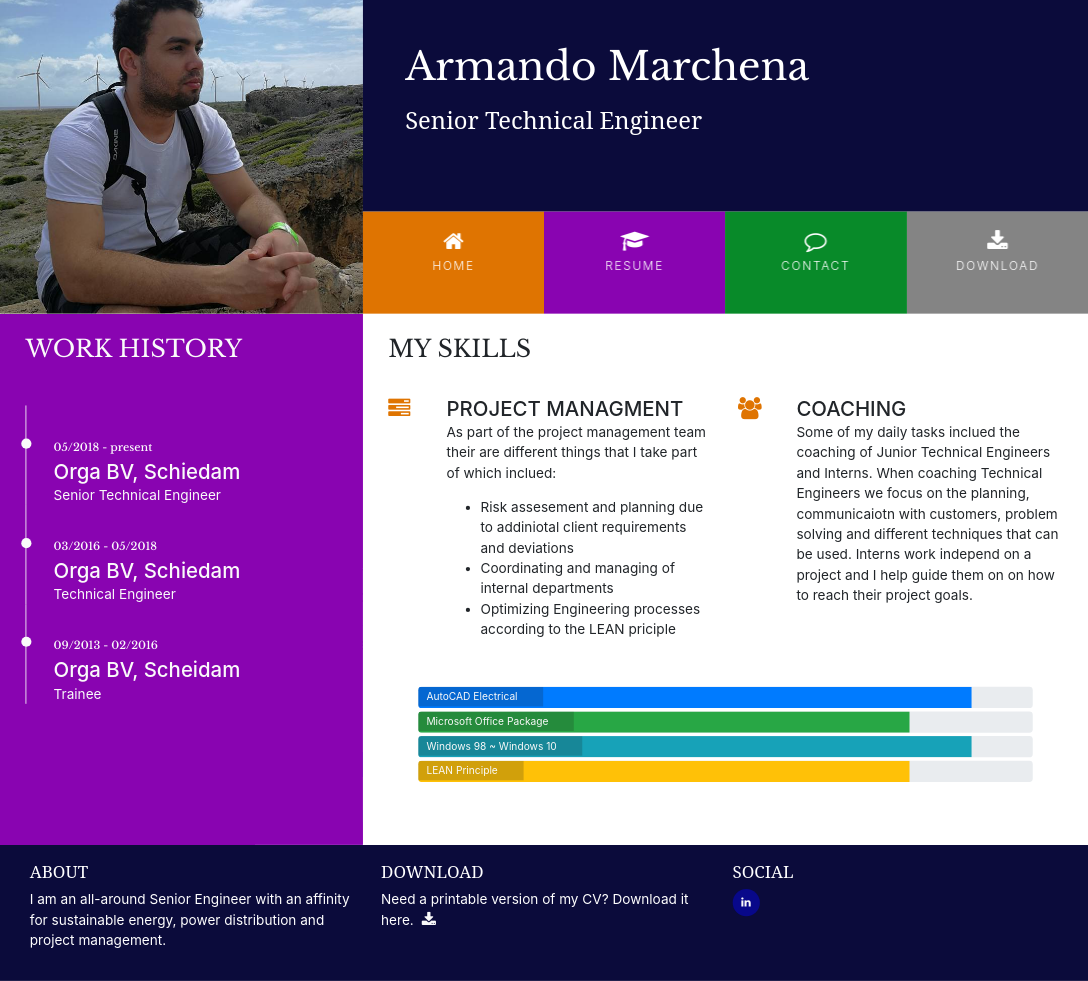
Repository: dugudugu/Resume-A-Marchena
Page: resume.html
The author's editor kept a record of every edit. The page is drawn from the files as they stood at one moment, then again after the next edit.
The browser window is 1280 px wide. The pictures show the whole page, at 85% of full size.

Above is the page before.

### resume.html
<!DOCTYPE html>
<html lang="en">

<head>
    <meta charset="UTF-8">
    <meta name="viewport" content="width=device-width, initial-scale=1.0">
    <meta http-equiv="X-UA-Compatible" content="ie=edge">
    <link rel="stylesheet" href="https://stackpath.bootstrapcdn.com/bootstrap/4.3.1/css/bootstrap.min.css" type="text/css" />
    <link rel="stylesheet" href="https://stackpath.bootstrapcdn.com/font-awesome/4.7.0/css/font-awesome.min.css" type="text/css" />
    <link rel="stylesheet" href="https://cdnjs.cloudflare.com/ajax/libs/hover.css/2.3.1/css/hover-min.css" type="text/css" />
    <link rel="stylesheet" href="assets/css/style.css" />
    <title>A. Marchena</title>
</head>

<body>

    <header>
        <div class="row no-gutters">
            <a href="index.html" class="col-md-4 logo"></a>

            <div class="col-md-8">
                <div class="row bg-color-name-title no-gutters">
                    <div class="col heading">
                        <h1 class="name"> Armando Marchena </h1>
                        <h2 class="title"> Senior Technical Engineer </h2>
                    </div>
                </div>

                <div class="row no-gutters">
                    <div class="col">
                        <ul id="nav" class="list-inline menucontainer">
                            <li class="col-6 col-sm-3 ui-menu-color-home list-inline-item menuitem">
                                <a href="#" class="hvr-sweep-to-bottom"><i class="fa fa-home" aria-hidden="true"></i><span>Home</span></a>
                            </li>
                            <li class="col-6 col-sm-3 ui-menu-color-resume list-inline-item menuitem">
                                <a href="#" class="hvr-sweep-to-bottom"><i class="fa fa-graduation-cap" aria-hidden="true"></i><span>Resume</span></a>
                            </li>
                            <li class="col-6 col-sm-3 ui-menu-color-contact list-inline-item menuitem">
                                <a href="#" class="hvr-sweep-to-bottom"><i class="fa fa-comment-o" aria-hidden="true"></i><span>Contact</span></a>
                            </li>
                            <li class="col-6 col-sm-3 ui-menu-color-download list-inline-item menuitem">
                                <a href="#" class="hvr-sweep-to-bottom"><i class="fa fa-download" aria-hidden="true"></i><span>Download</span></a>
                            </li>
                        </ul>
                    </div>
                </div>
            </div>
        </div>
    </header>

    <section class="container-fluid">
        <div class="row">
            <div class="col-md-4 bg-color-work-history section-column">
                <div class="row">

                    <div class="col-12">
                        <h3 class="history-heading uppercase">
                            Work History
                        </h3>
                    </div>
                </div>
                <div class="history-items">
                    <div class="timeline-item" data-dates="05/2018 - present">
                        <h4>Orga BV, Schiedam</h4>
                        <p>Senior Technical Engineer</p>
                    </div>
                    <div class="timeline-item" data-dates="03/2016 - 05/2018">
                        <h4>Orga BV, Schiedam</h4>
                        <p>Technical Engineer</p>
                    </div>
                    <div class="timeline-item" data-dates="09/2013 - 02/2016">
                        <h4>Orga BV, Scheidam</h4>
                        <p>Trainee</p>
                    </div>
                </div>

            </div>
            <div class="col-md-8 bg-color-three-reasons section-column">

                <div class="row">
                    <div class="col">
                        <h3 class="section-heading uppercase">My Skills</h3>
                    </div>
                </div>

                <div class="row">
                    <div class="col-10 offset-1 offset-sm-0 col-sm-4 col-md-6">
                        <div class="row">
                            <div class="col-2">
                                <i class="three-reasons-icon fa fa-tasks" aria-hidden="true"></i>
                            </div>
                            <div class="col-10">
                                <h4 class="three-reasons-heading uppercase">Project Managment</h4>
                                <p>
                                    As part of the project management team their are different things that I take part of which inclued:
                                    <ul>
                                        <li>Risk assesement and planning due to addiniotal client requirements and deviations</li>
                                        <li>Coordinating and managing of internal departments</li>
                                        <li>Optimizing Engineering processes according to the LEAN priciple</li>
                                    </ul>
                                </p>
                            </div>
                        </div>
                    </div>

                    <div class="col-10 offset-1 offset-sm-0 col-sm-4 col-md-6">
                        <div class="row">
                            <div class="col-2">
                                <i class="three-reasons-icon fa fa-users" aria-hidden="true"></i>
                            </div>
                            <div class="col-10">
                                <h4 class="three-reasons-heading uppercase">Coaching</h4>
                                <p>
                                    Some of my daily tasks inclued the coaching of Junior Technical Engineers and Interns. When coaching Technical Engineers we focus on the planning, communicaiotn with customers, problem solving and different techniques that can be used. Interns work independ
                                    on a project and I help guide them on on how to reach their project goals.
                                </p>
                            </div>
                        </div>
                    </div>

                </div>

                <div class="row progress-section">
                    <div class="col">
                        <div class="progress">
                            <div class="progress-bar" role="progressbar" aria-valuenow="90" aria-valuemin="0" aria-valuemax="100" style="width:90%;">
                                <span class="sr-only">90% complete</span>
                            </div>
                            <span class="progress-type">AutoCAD Electrical</span>
                        </div>
                        <div class="progress">
                            <div class="progress-bar bg-success" role="progressbar" aria-valuenow="80" aria-valuemin="0" aria-valuemax="100" style="width:80%;">
                                <span class="sr-only">80% complete</span>
                            </div>
                            <span class="progress-type">Microsoft Office Package</span>
                        </div>
                        <div class="progress">
                            <div class="progress-bar bg-info" role="progressbar" aria-valuenow="90" aria-valuemin="0" aria-valuemax="100" style="width:90%;">
                                <span class="sr-only">90% complete</span>
                            </div>
                            <span class="progress-type">Windows 98 ~ Windows 10</span>
                        </div>
                        <div class="progress">
                            <div class="progress-bar bg-warning" role="progressbar" aria-valuenow="80" aria-valuemin="0" aria-valuemax="100" style="width:80%;">
                                <span class="sr-only">80% complete</span>
                            </div>
                            <span class="progress-type">LEAN Principle</span>
                        </div>
                    </div>
                </div>
            </div>
        </div>



    </section>

    <footer class="container-fluid">
        <div id="footer-details" class="row">
            <div class="col-sm-4">
                <h5 class="uppercase general-sub">About</h5>
                <p class="inline-block">
                    I am an all-around Senior Engineer with an affinity for sustainable energy, power distribution and project management.
                </p>
            </div>
            <div class="col-sm-4">
                <h5 class="uppercase general-sub">Download</h5>
                <p class="inline-block">
                    Need a printable version of my CV? Download it here.
                    <a href="#" target="_blank" class="cv-pdf">
                        <i class="fa fa-download" aria-hidden="true"></i>
                        <span class="sr-only">Download link.</span>
                        </a>
                </p>
            </div>
            <div class="col-sm-4">
                <h5 class="uppercase general-sub">Social</h5>
                <ul class="list-inline social-links">
                    <li class="list-inline-item">
                        <a target="_blank" href="#">
                            <i class="fa fa-linkedin" aria-hidden="true"></i>
                        <span class="sr-only">LinkedIn</span>
                        </a>
                    </li>
                </ul>
            </div>
        </div>
    </footer>


</body>


</html>

### assets/css/style.css
@import url('https://fonts.googleapis.com/css?family=Noto+Serif:100,200,300,400,500,600,700|Libre+Baskerville:100,200,300,400,500,600,700');

/*------------------------------------------Colors */

.bg-color-name-title {
    background-color: #0B0B3B;
}

.bg-color-three-reasons {
    background-color: #fff;
}

.bg-color-personal-info {
    background-color: #f4f4f4;
}

.bg-color-work-history {
    background-color: #8904B1;
}

.ui-menu-color-home {
    background-color: #DF7401;
}

.ui-menu-color-resume {
    background-color: #8904B1;
}

.ui-menu-color-contact {
    background-color: #088A29;
}

.ui-menu-color-download {
    background-color: #848484;
}


/*------------------------------------------Special  */

h1,
h2,
h3,
h4 {
    margin: 0;
}

.uppercase {
    text-transform: uppercase;
}

.general-sub {
    font-family: "Noto Serif", sans-serif;
    font-weight: 300;
    color: #fff;
}

.inline-block {
    display: inline-block;
}

.row-table {
    display: table;
}

.section-column {
    display: table-cell;
    padding: 0 30px 30px;
    float: none;
}

.history-heading,
.section-heading {
    font-family: "Libre Baskerville";
    font-weight: 300;
    margin-top: 25px;
    margin-bottom: 40px;
}

/*------------------------------------------Heading */

header {
    margin: 0;

}

.heading {
    margin-left: 50px;
}

.logo {
    background: url("../images/A. Marchena.jpg");
    background-position: center;
    background-repeat: no-repeat;
    background-size: cover;
    min-height: 360px;
    transition: all .5s ease-in-out;
    -moz-transition: all .5s ease-in-out;
    -webkit-transition: all .5s ease-in-out;
}

.name {
    font-family: "Libre Baskerville", Noto Serif;
    font-weight: 200;
    font-size: 46px;
    margin-top: 50px;
    color: #fff;
}

.title {
    font-family: "Noto Serif", sans-serif;
    font-weight: 100;
    font-size: 28px;
    margin-top: 20px;
    margin-bottom: 90px;
    color: #fff;
}

.list-inline-item:not(:last-child) {
    margin: 0;
}

.menucontainer {
    font-size: 0;
}

#nav {
    margin: 0;
}

#nav li {
    font-size: 14px;
    padding: 0;
}

.menuitem {
    height: 120px;
    text-align: center;
    padding: 0;
}

.menuitem a {
    width: 100%;
    text-decoration: none;
    color: #fff;
    height: 120px;
}

.menuitem a i {
    padding-top: 22px;
    display: block;
    color: #fff;
    font-size: 26px;
}

.menuitem span {
    display: block;
    width: 100%;
    padding-top: 5px;
    text-align: center;
    text-transform: uppercase;
    font-size: 14px;
    font-weight: 300;
    letter-spacing: 2px;
}


/*------------------------------------------Hover.css */

.hvr-sweep-to-bottom:before {
    background-color: rgba(0, 0, 0, 0.2);
    height: 120px;
}


/*------------------------------------------Three reasons.css */

.three-reasons-icon {
    font-size: 26px;
    color: #DF7401;

}

.three-reasons-icon-heading {
    margin-bottom: 15px;
}


/*------------------------------------------Personal Info */

.personal-info-item {
    margin-bottom: 20px;
    display: block;
    clear: both;
}

.personal-info-item .key,
.personal-info-item .value {
    padding-right: 8px;
    display: inline-block;

}

.personal-info-item .key p,
.personal-info-item .value p {
    margin: 0;

}

.personal-info-item .key {
    width: 30%;
    margin-right: 21px;
    padding-top: 2px;
    vertical-align: top;
}

.personal-info-item .key p {
    font-weight: 700;
}

.personal-info-item .value {
    position: relative;
    width: 60%;
}



/*------------------------------------------Footer */

footer {
    background: #0B0B3B;
    color: #fff;
    min-height: 120px;
    margin: 0;
}

.cv-pdf i {
    font-size: 18px;
    color: #fafafa;
    text-align: center;
    padding-left: 5px;
    transition: all 0.35s ease-in-out;
    -moz-transition: all 0.35s ease-in-out;
    -webkit-transition: all 0.35s ease-in-out;
    -o-transition: all 0.35s ease-in-out;
}

.cv-pdf i:hover {
    color: #e84610;
}

.social-links {
    padding-bottom: 15px;
}

.social-links li a i {
    width: 32px;
    height: 32px;
    padding: 12px 0;
    border-radius: 50%;
    font-size: 13px;
    line-height: 7px;
    text-align: center;
    color: #fafafa;
    background-color: #08088A;
    transition: all 0.35s ease-in-out;
    -moz-transition: all 0.35s ease-in-out;
    -webkit-transition: all 0.35s ease-in-out;
    -o-transition: all 0.35s ease-in-out;
}

.social-links li a i:hover {
    background-color: #e84610;
}

#footer-details {
    padding: 20px;
}


/*------------------------------------------Skills */

.progress {
    position: relative;
    height: 25px;
    margin-bottom: 4px;
}

.progress-type {
    position: absolute;
    left: 0px;
    font-weight: 400;
    padding: 3px 30px 2px 10px;
    color: #fafafa;
    background-color: rgba(25, 25, 25, 0.2);
}

.progress-section {
    margin: 40px 20px;
}

/*------------------------------------------Work History */

.history-heading {
    color: #fafafa;
    margin-bottom: 50px;
}

.timeline-item {
    padding: 4em 2em 0em 2em;
    position: relative;
    color: #fafafa;
    border-left: 1px solid;
}

.timeline-item p {
    padding: 0;
    margin: 0;
}

.timeline-item:before {
    content: attr(data-dates);
    position: absolute;
    left: 2.5em;
    top: 3em;
    display: block;
    font-family: "Libre Baskerville", Noto Serif;
    font-weight: 500;
    font-size: 0.8em;
    padding: 0;
    margin: 0;
}

.timeline-item:after {
    width: 12px;
    height: 12px;
    display: block;
    top: 2.4em;
    position: absolute;
    left: -6px;
    border-radius: 12px;
    content: '';
    background: #fafafa;
}

.history-items {
    margin-bottom: 30px;
}

After the next edit:
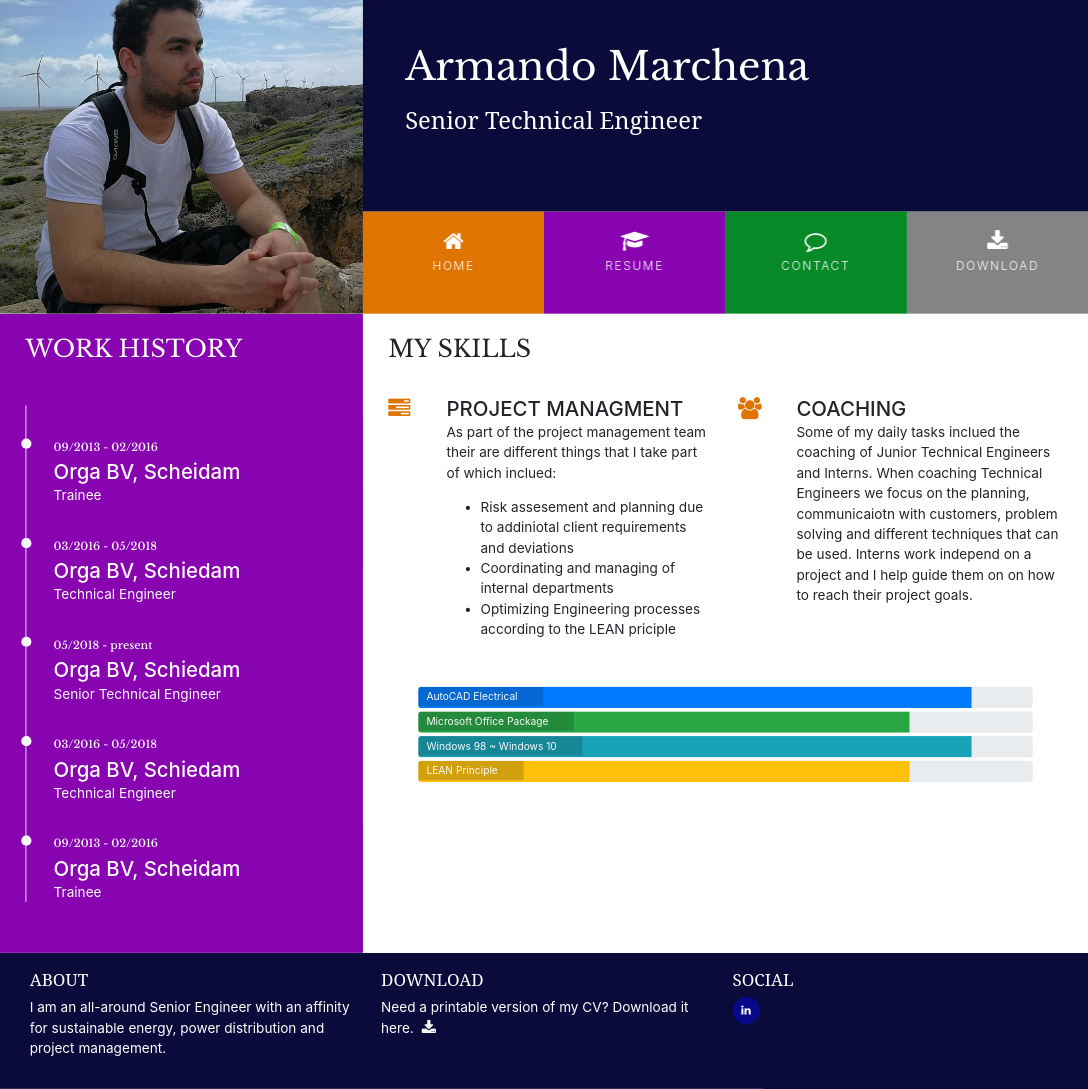
The edit:
--- a/resume.html
+++ b/resume.html
@@ -59,6 +59,20 @@
                         </h3>
                     </div>
                 </div>
+                <div class="timeline-item" data-dates="09/2013 - 02/2016">
+                    <h4>Orga BV, Scheidam</h4>
+                    <p>Trainee</p>
+                </div>
+                <div class="timeline-item" data-dates="03/2016 - 05/2018">
+                    <h4>Orga BV, Schiedam</h4>
+                    <p>Technical Engineer</p>
+                </div>
+
+
+
+
+
+
                 <div class="history-items">
                     <div class="timeline-item" data-dates="05/2018 - present">
                         <h4>Orga BV, Schiedam</h4>

After the edit that followed:
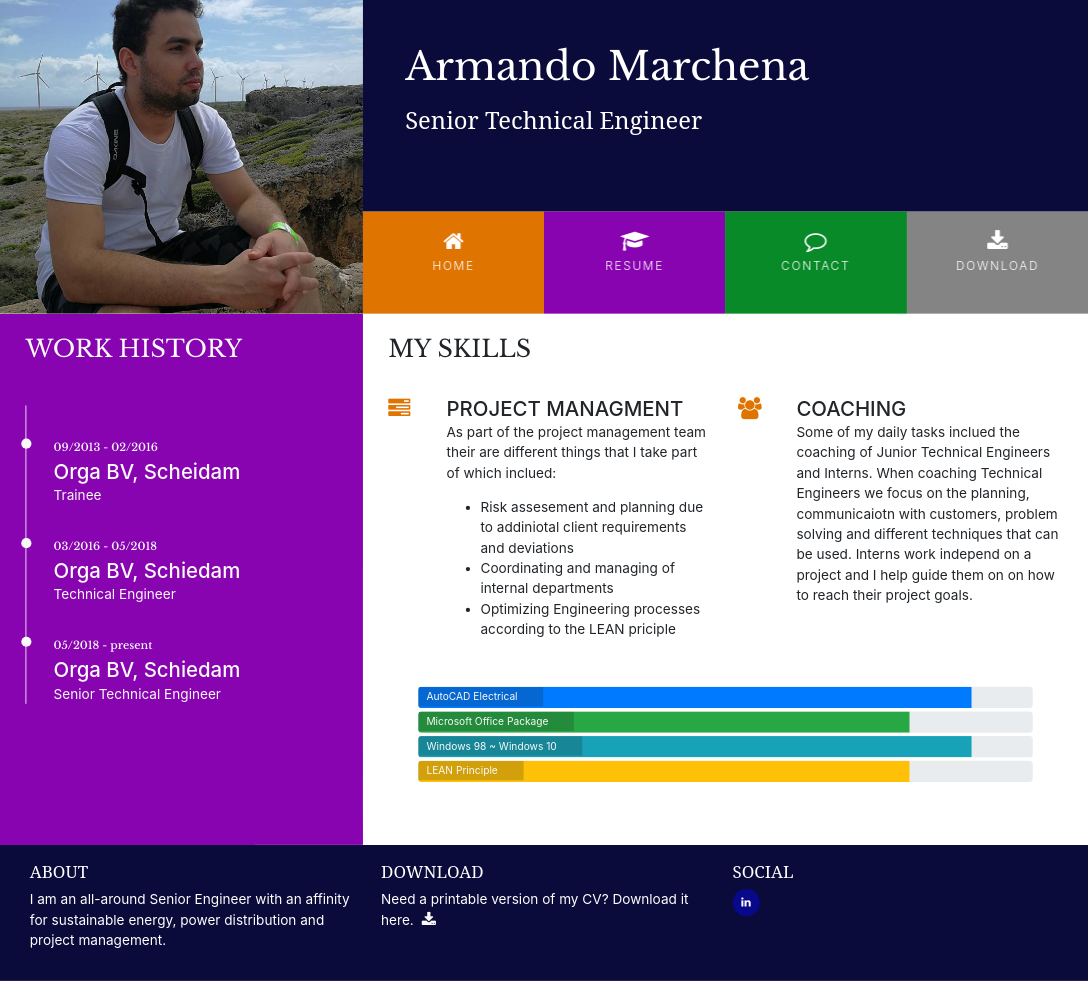
The edit:
--- a/resume.html
+++ b/resume.html
@@ -78,14 +78,7 @@
                         <h4>Orga BV, Schiedam</h4>
                         <p>Senior Technical Engineer</p>
                     </div>
-                    <div class="timeline-item" data-dates="03/2016 - 05/2018">
-                        <h4>Orga BV, Schiedam</h4>
-                        <p>Technical Engineer</p>
-                    </div>
-                    <div class="timeline-item" data-dates="09/2013 - 02/2016">
-                        <h4>Orga BV, Scheidam</h4>
-                        <p>Trainee</p>
-                    </div>
+
                 </div>
 
             </div>
